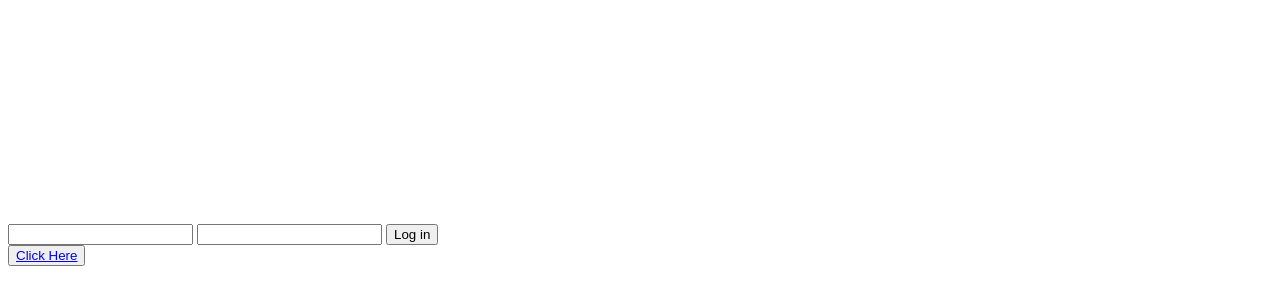
Repository: sanjukthas/NumberUtility
Page: http://localhost/HarrisonCollege/login.jsp
An editor plug-in stored every save of this project. The page is shown before and after the next save, followed by the edit.
The browser window is 1280 px wide. The pictures show the whole page.
The page is served by Tomcat 9.

Above is the page before, as saved 2016-07-21 15:42:28.

After the next save:
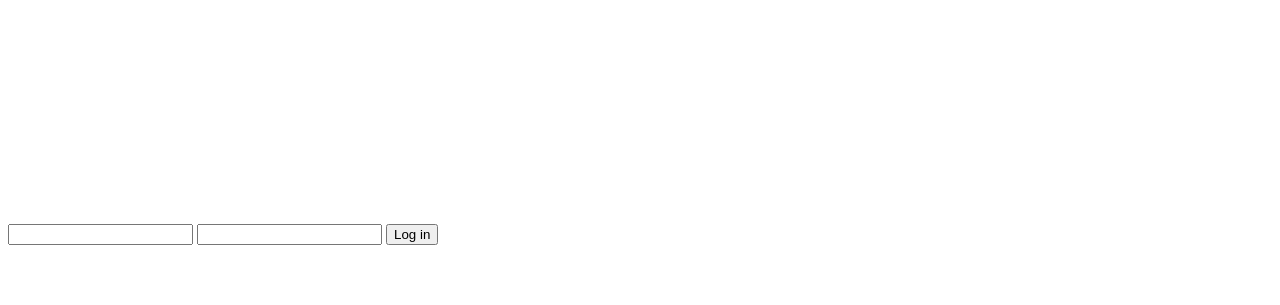
Saved 77 s later.
--- a/HarrisonCollege/WebContent/login.jsp
+++ b/HarrisonCollege/WebContent/login.jsp
@@ -17,8 +17,6 @@
 <input type="hidden" name="secretvalue" id="secretvalue" value="loginform"></input>
 <input type="submit" name="submit" id="submit" value="Log in"></input>
 </form>
- <div class="btn-group">
-  <button type="button" class="btn btn-primary"><a href="AddUser.jsp">Click Here</a></button>
- </div>
+
 </body>
 </html>
